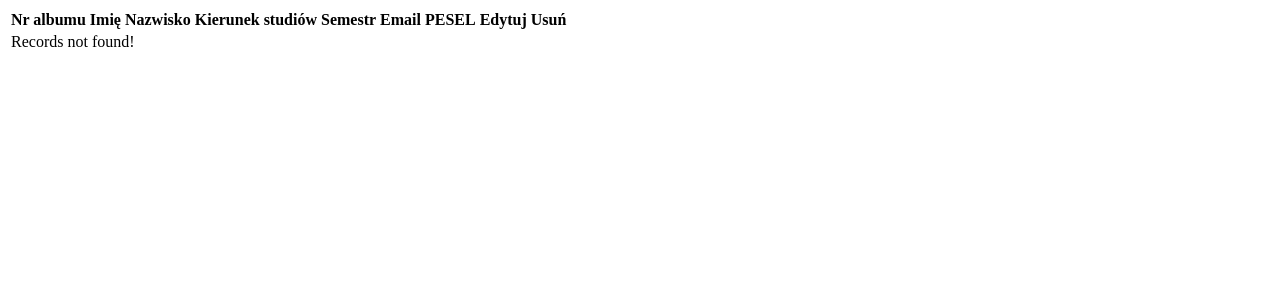
Repository: wojciechDrozd/php
Page: http://localhost/ajax/readTeachersRecords.php
The author's editor kept a copy of each file at every save. The page is drawn from the files as they stood at one save, then again after the next save.
The browser window is 1280 px wide. The pictures show the whole page.
The page is run by PHP 8.4 with error messages shown; the project is at /var/www/html/. Queries for data that is not in the repository find no rows.

Above is the page before, as saved 2017-04-12 19:53:03.

After the next save:
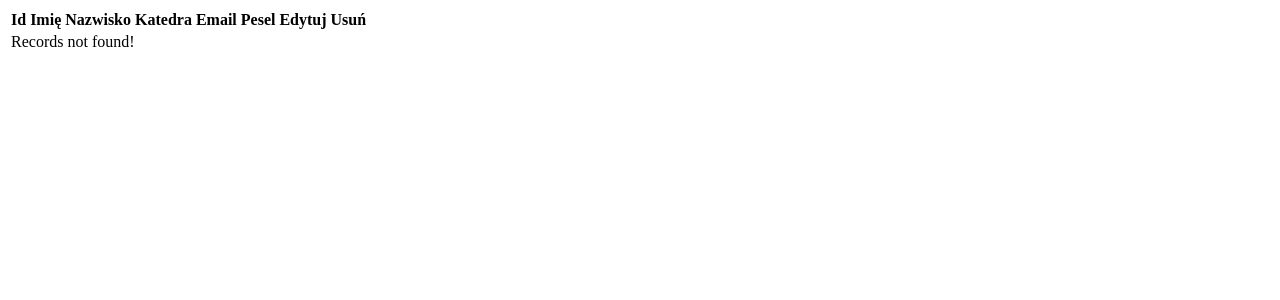
Saved 8 min 43 s later.
--- a/1/CRUDexample/ajax/readTeachersRecords.php
+++ b/1/CRUDexample/ajax/readTeachersRecords.php
@@ -6,18 +6,17 @@ require_once 'db_connection.php';
 // nagłówek tabeli studenci
 $data = '<table class="table table-bordered table-striped">
                         <tr>
-                            <th>Nr albumu</th>
+                            <th>Id</th>
                             <th>Imię</th>
                             <th>Nazwisko</th>
-                            <th>Kierunek studiów</th>
-							<th>Semestr</th>
+                            <th>Katedra</th>
 							<th>Email</th>
-							<th>PESEL</th>
+							<th>Pesel</th>
                             <th>Edytuj</th>
                             <th>Usuń</th>
                         </tr>';
 
-$query = "SELECT * FROM studenci";
+$query = "SELECT * FROM profesores";
 
 if (!$result = mysqli_query($con, $query)) {
 	exit(mysqli_error($con));
@@ -29,11 +28,10 @@ if(mysqli_num_rows($result) > 0)
 	while($row = mysqli_fetch_assoc($result))
 	{
 		$data .= '<tr>
-                <td>'.$row['nrAlbumu'].'</td>
+                <td>'.$row['idProfesores'].'</td>
                 <td>'.$row['imie'].'</td>
                 <td>'.$row['nazwisko'].'</td>
-                <td>'.$row['kierunek'].'</td>
-               	<td>'.$row['semestr'].'</td>
+                <td>'.$row['katedra'].'</td>
                 <td>'.$row['mail'].'</td>
                 <td>'.$row['pesel'].'</td>
                 <td>
